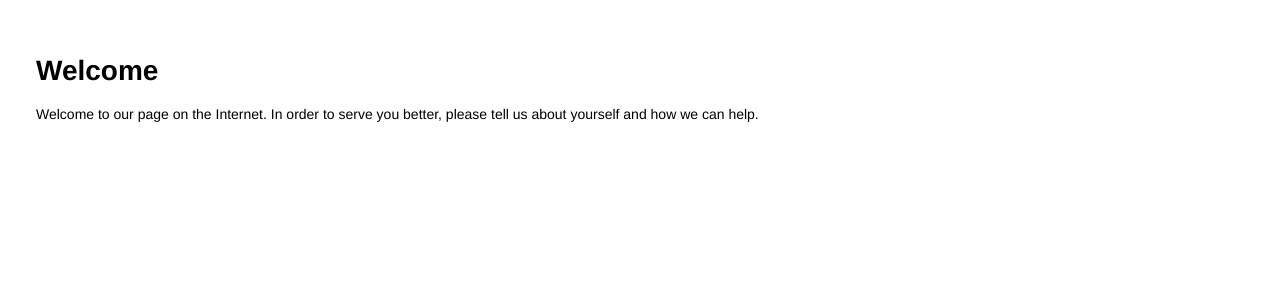
Repository: alboss/bit-175
Page: docs/customer-service.html
These files come from the project's save history. The page is drawn as it stood at one moment and after a run of saves; the edit follows.
The browser window is 1280 px wide. The pictures show the whole page.

Above is the page before, as saved 2023-04-19 14:19:02.

### docs/customer-service.html
<!DOCTYPE html>
<html lang="en">
<head>
    <meta charset="UTF-8">
    <meta http-equiv="X-UA-Compatible" content="IE=edge">
    <meta name="viewport" content="width=device-width, initial-scale=1.0">
    <link rel="stylesheet" type="text/css" href="styles/styles.css" />

    <title>Customer Service</title>
</head>
<body>
    <h1>Welcome</h1>
    <p>Welcome to our page on the Internet. In order to serve you better, please tell us about yourself and how we can help.</p>
    <form action="./customer-service.html">



    </form>
</body>
</html>

### docs/styles/styles.css
body {
  font-family: Helvetica, Arial, Sans-serif;
  font-size: 14px;
  padding: 2em;
}
#description {
  border: 2px solid #999;
  padding: 2em;
  margin: 2em;
}
#lead {
  font-size: 1.2em;
  color: #666;
}
.highlight {
  background-color: yellow;
  font-weight: bold;
}

nav.top ul {
  display: flex;
}
nav.top ul li {
  margin: 0px;
  padding: 10px 25px;
  border-inline: 2px solid #333;
  margin-left: -2px;
  background-color: cornsilk;
  list-style: none;
}
nav.top ul li:hover {
  background-color: blanchedalmond;
  list-style: none;
  display: block;
}

After the next 3 saves:
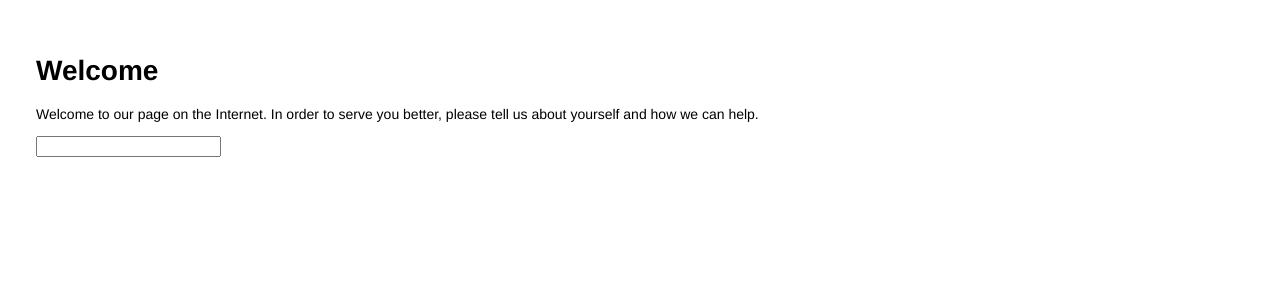
The 3 saves are shown as one change because they came seconds apart.
The last was saved 10 s later.
--- a/docs/customer-service.html
+++ b/docs/customer-service.html
@@ -12,7 +12,7 @@
     <h1>Welcome</h1>
     <p>Welcome to our page on the Internet. In order to serve you better, please tell us about yourself and how we can help.</p>
     <form action="./customer-service.html">
-
+<input id=""
 
 
     </form>
